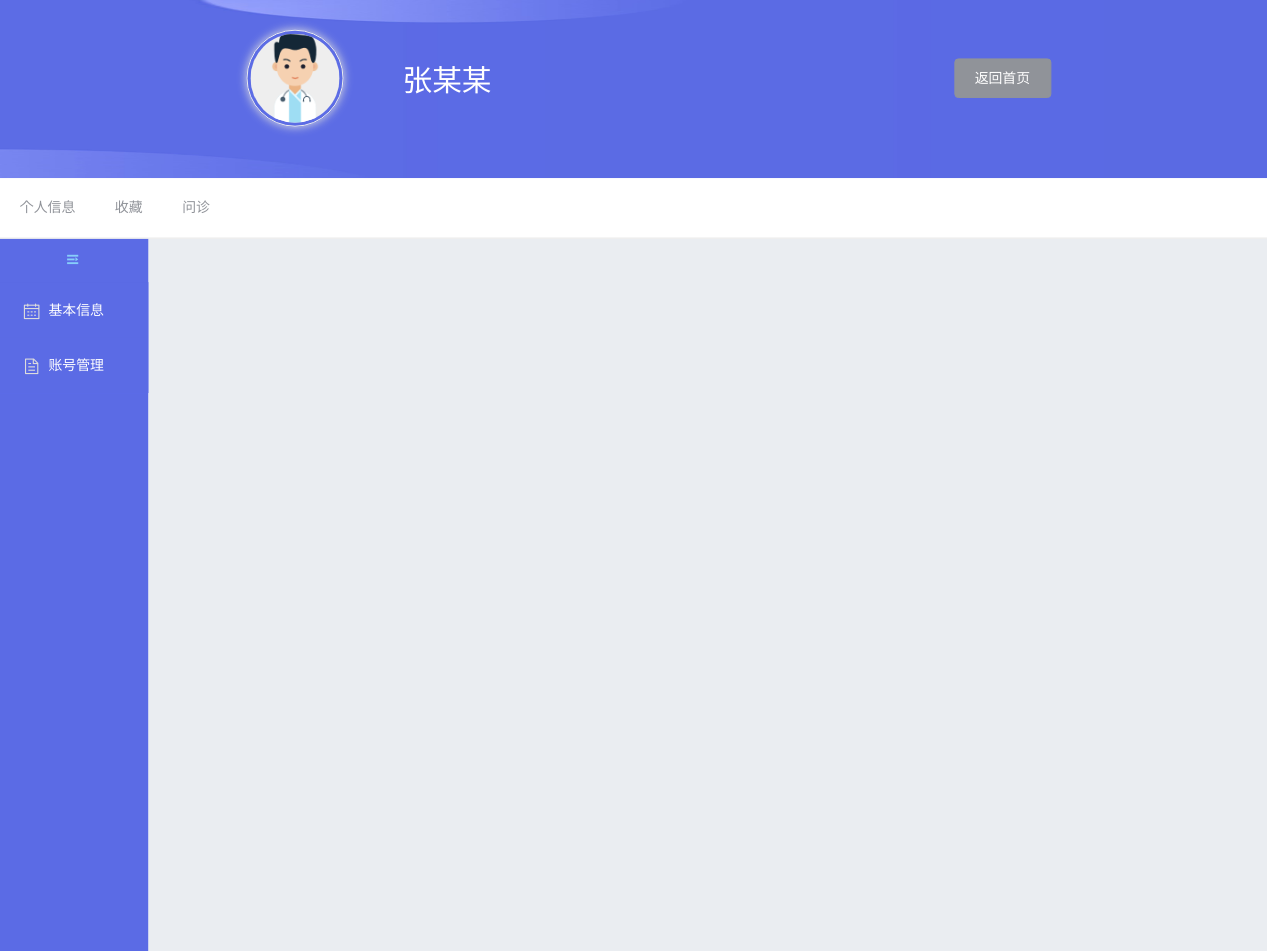
Repository: DiscreteL/SOA_Front
Page: /#/accmanage
An editor plug-in stored every save of this project. The page is shown before and after the next save, followed by the edit.
The browser window is 1280 px wide. The pictures show the whole page, at 99% of full size.
The project was rebuilt for these pictures with package versions that can differ from the ones it lists, and the page was loaded fresh each time. Also part of the build but not shown: vue.config.js, src/components/navigation.vue, src/components/dialog.vue, src/views/news.vue, src/components/announcement.vue, src/components/patientKnow.vue, src/views/Home.vue, src/views/login.vue and 15 more.

Above is the page before, as saved 2021-11-29 09:46:39.

### src/main.js
import Vue from 'vue'
import App from './App.vue'
import router from './router'
import store from './store'
import ElementUI from 'element-ui';
import 'element-ui/lib/theme-chalk/index.css';
import instance_ from "@/utils/api";

Vue.use(ElementUI);

Vue.config.productionTip = false

Vue.prototype.instance = instance_

new Vue({
  router,
  store,
  render: h => h(App)
}).$mount('#app')

router.beforeEach((to, from, next) => {
  /* 路由发生变化修改页面title */
  if (to.meta.title) {
      document.title = to.meta.title
  }
  next()
})

### src/App.vue
<template>
  <div id="app">
    <router-view/>
  </div>
</template>

<style lang="less" scoped>
</style>

<script>
export default {
  name: 'app'
}
</script>

### src/router/index.js
import Vue from 'vue'
import VueRouter from 'vue-router'
import Home from '../views/Home.vue'
import Login from '../views/login.vue'
import Register from '../views/register.vue'
import News from '../views/news.vue'
import Online from '../views/online.vue'
import diseaseInfo from '../views/diseaseInfo.vue'
import adminHome from '../views/admin/adminHome.vue'
import docApp from '../views/docApplication/index.vue'
import problemList from '../views/problem/index.vue'
import problemAdd from '../views/problem/problemAdd.vue'
import message from '../views/message/index.vue'
import report from '../views/report/index.vue'

Vue.use(VueRouter)

const routes = [
  { path: '/', redirect: '/login' },
  {
    path: '/home',
    name: 'Home',
    component: Home,
    meta: { title: '欢迎来到济病通！' }
  },
  {
    path: '/login',
    name: 'Login',
    component: Login,
    meta: { title: '请先登录！' }
  },
  {
    path: '/register',
    name: 'Register',
    component: Register,
    meta: { title: '请先注册！' }
  },
  {
    path: '/news',
    name: 'News',
    component: News,
    meta: { title: '科普资讯' }
  },
  {
    path: '/online',
    name: 'Online',
    component: Online,
    meta: { title: '线上问诊预约' }
  },
  {
    path: '/diseaseInfo',
    name: 'diseaseInfo',
    component: diseaseInfo,
    meta: { title: '疾病信息库' }
  },
  {
    path: '/adminHome',
    name: 'adminHome',
    component: adminHome,
    meta: { title: '管理员主页' },
    children: [
      {
        path: '/docApp',
        component: docApp,
        meta: { title: '医生资格认证申请' }
      },
      {
        path: '/problemList',
        component: problemList,
        meta: { title: '问题列表' }
      },
      {
        path: '/problemAdd',
        component: problemAdd,
        meta: { title: '添加常见问题' }
      },
      {
        path: '/report',
        component: report,
        meta: { title: '反馈列表' }
      },
      {
        path: '/message',
        component: message,
        meta: { title: '资讯列表' }
      },
    ]
  },
  {
    path: '/userhome2',
    name: 'UserHome2',
    component: () => import('../views/doctor/userHome2.vue'),
    redirect: '/docInfo',
    children: [{
      path: '/docInfo',
      component: () => import('../views/doctor/info/docInfo.vue'),
      meta: { title: '基本信息' },
    },
    {
      path: '/accmanage',
      component: () => import('../views/doctor/info/AccManage.vue'),
      meta: { title: '账号管理' },
    },
    ]
  },
  {
    path: '/userhome1',
    name: 'UserHome1',
    component: () => import('../views/patient/UserHome1.vue'),
    redirect: '/esseninfo',
    children: [{
      path: '/esseninfo',
      component: () => import('../views/patient/info/EssenInfo.vue'),
      meta: { title: '基本信息' },
    },
    {
      path: '/accmanage',
      component: () => import('../views/patient/info/AccManage.vue'),
      meta: { title: '账号管理' },
    },
    ]
  },

  {
    path: '/collection',
    name: 'Collection',
    component: () => import('../views/patient/Collection.vue'),
    redirect: 'collection/person',

    children: [{
      path: 'person',
      component: () => import('../views/patient/collection/Person.vue'),
      meta: { title: '关注人' },

    },
    {
      path: 'video',
      component: () => import('../views/patient/collection/Video.vue'),
      meta: { title: '收藏视频' },

    },
    {
      path: 'article',
      component: () => import('../views/patient/collection/Article.vue'),
      meta: { title: '收藏推文' },
    },
    ]
  },
  {
    path: '/consult',
    name: 'Consult',
    component: () => import('../views/patient/Consult.vue'),
    redirect: '/consult/record',
    children: [
      {
        path: 'total',
        component: () => import('../views/patient/consult/apply/TotalApply.vue'),
        meta: { title: '预约' }

      },
      {
        path: 'success',
        component: () => import('../views/patient/consult/apply/SucApply.vue'),
        meta: { title: '预约' },
      },
      {
        path: 'fail',
        component: () => import('../views/patient/consult/apply/FailApply.vue'),
        meta: { title: '预约' },
      },
      {
        path: 'wait',
        component: () => import('../views/patient/consult/apply/WaitApply.vue'),
        meta: { title: '预约' },
      },
      {
        path: 'record',
        name: 'Record',
        component: () => import('../views/patient/consult/Record.vue'),
        meta: { title: '问诊记录' }

      }
    ]
  },
  {
    path: '/help',
    name: 'Help',
    component: () => import('../views/patient/Help.vue'),
    meta: { title: '帮助中心' }
  },

  // {
  //   path: '/about',
  //   name: 'About',
  //   // route level code-splitting
  //   // this generates a separate chunk (about.[hash].js) for this route
  //   // which is lazy-loaded when the route is visited.
  //   component: () => import(/* webpackChunkName: "about" */ '../views/About.vue')
  // }
]

const router = new VueRouter({
  routes
})

export default router

### src/utils/api.js
//输出通用axios实例
import axios from 'axios';
axios.defaults.withCredentials = false

const instance = axios.create({
  timeout: 10000,
   headers: {
    'Content-Type': "multipart/form-data;charset=utf-8",
  }
});

export default {
  //GqvbYer04485869e6b5acbed4ed10dfd79468f6d84577b1

   diseaseList (data) {
     return instance.get("https://api.apishop.net/common/disease/queryDiseaseList?apiKey=GqvbYer04485869e6b5acbed4ed10dfd79468f6d84577b1&page=1&pageSize=50", data);
   },
   diseaseInfo(data){
    return instance.get("https://api.apishop.net/common/disease/queryDiseaseInfo?apiKey=GqvbYer04485869e6b5acbed4ed10dfd79468f6d84577b1&diseaseID="+data);
   }


//   allUser () {
//     return instance.post('/api/user');
//   },
//   allProduct () {
//    return instance.post('/api/product')
//   },
//   upload (data) {
//     return instance.post('/api/upload',data)
//   },
//   regist (data){
//   	return instance.post('/api/createOrUpdateUser',data)
//   }
};

### src/views/doctor/userHome2.vue
<template>
  <div class="home_container">
    <UserHomeNav2></UserHomeNav2>
    <el-container>
      <!--侧边栏-->
      <el-aside :width="isCollapse ? '64px' : '150px'">
        <div class="toggle-button" @click="toggleCollapse">
          <div v-if="this.isCollapse == true">
            <i class="el-icon-s-fold"></i>
          </div>
          <div v-else>
            <i class="el-icon-s-unfold"></i>
          </div>
        </div>
        <el-menu
          background-color="#5b6be5"
          text-color="#fff"
          active-text-color="#409EFF"
          :collapse="isCollapse"
          :collapse-transition="false"
          :router="true"
          :default-active="activePath"
        >
          <!-- :unique-opened="true"->只允许展开一个菜单 -->
          <!-- :collapse-transition="false" -> 关闭动画 -->
          <!-- router -> 导航开启路由模式 -->
          <el-menu-item index="/esseninfo" @click="saveNavState('/esseninfo')">
            <i class="el-icon-date" style="color: #dcdcdc"></i>
            <span slot="title">基本信息</span>
          </el-menu-item>
          <el-menu-item index="/accmanage" @click="saveNavState('/accmanage')">
            <i class="el-icon-document" style="color: #dcdcdc"></i>
            <span slot="title">账号管理</span>
          </el-menu-item>
        </el-menu>
      </el-aside>
      <!--右侧主体区-->
      <el-main>
        <router-view></router-view>
      </el-main>
    </el-container>
    <!-- 个人信息部分 -->
    <!-- <div class="Info" style="color:#909399">
            <strong> 姓名：</strong>{{ userInfo.name }} <br />
            <strong>身份证号：</strong>{{ userInfo.number }} <br />
            <strong>出生日期：</strong>{{ userInfo.borndate }} <br />
            <strong>性别：</strong>{{ userInfo.gender }} <br />
            <strong>邮箱：</strong>{{ userInfo.mail }} <br />
            <strong>身高：</strong>{{ userInfo.height }} <br />
            <strong>体重：</strong>{{ userInfo.weight }} <br />
            <strong>血压：</strong>{{ userInfo.bloodpressure }} <br />
            <strong>心率：</strong>{{ userInfo.heartrate }}
          </div> -->
  </div>
</template>

<script>
import UserHomeNav2 from "@/components/userhomenav2.vue";

export default {
  name: "userHome2",
  components: {
    UserHomeNav2,
  },
  // data() {
  //   return {
  //     // 返回个人信息
  //     // userID: window.sessionStorage.getItem("id"),
  //     userInfo: {}, //用户个人信息
  //     item: {
  //       id: "",
  //     },
  //   };
  // },
  data() {
    return {
      // 默认不折叠
      isCollapse: false,
      // 被激活导航地址
      activePath: "",
    };
  },
  created() {
    this.getMenuList();
    this.activePath = window.sessionStorage.getItem("activePath");
  },
  methods: {
    toggleCollapse() {
      this.isCollapse = !this.isCollapse;
    },
    saveNavState(activePath) {
      window.sessionStorage.setItem("activePath", activePath);
      this.activePath = activePath;
    },
  },
};
</script>

<style lang="less" scoped>
// .Info {
//   text-align: left;
//   font: 15px "Microsoft YaHei";
//   align-content: center;
//   width: 80%;
//   position: relative;
// }
html,
body {
  width: 100%;
  height: 100%;
  margin: 0px;
  padding: 0px;
}
.home_container {
  height: 100vh;
}
.el-container {
  height: 100%;
}
.el-aside {
  background-color: #5b6be5;
  .el-menu {
    border-right: none;
  }
}
.el-main {
  background-color: #eaedf1;
}
.toggle-button {
  background-color: #5b6be5;
  font-size: 15px;
  line-height: 24px;
  color: #87cefa;
  text-align: center;
  letter-spacing: 0.2em;
  cursor: pointer;
  padding: 10px;
}
.logo_box {
  height: 60px;
  width: 60px;
  border: 5px #53868b;
  border-radius: 50%; /* 圆角 */
  position: relative;
  margin: 30px;
}
.port_box img {
  width: 100%;
  height: 100%;
  border-radius: 50%; /* 圆角 */
  background-color: #53868b;
}
</style>

### src/components/userhomenav2.vue
<template>
  <div class="container">
    <div class="head">
      <div class="background">
        <img src="@/assets/back.jpg" alt="" width="100%" height="100%" />
      </div>
      <div class="headmain">
        <div class="left">
          <!-- 头像部分 -->
          <div class="port_box">
            <img src="../assets/docPort.png" />
          </div>

          <!-- 个人信息部分 -->
          <div
            class="Info"
            style="color: white; font-size: 30px; font-family: 宋体"
          >
            {{ userName }}<br />
          </div>
        </div>
        <div>
          <el-button type="info" @click="returnhome">返回首页</el-button>
        </div>
      </div>
    </div>
    <div class="navBar">
      <el-menu
        :default-active="this.$route.path"
        class="el-menu-demo"
        router
        mode="horizontal"
        active-text-color="#409EFF"
      >
        <el-menu-item v-for="(item, i) in navList" :key="i" :index="item.name">
          {{ item.navItem }}
        </el-menu-item>
      </el-menu>
    </div>
    <div></div>
  </div>
</template>

<script>
export default {
  name: "UserHomeNav2",
  data() {
    return {
      //   userID: window.sessionStorage.getItem("id"),
      userName: "张某某",
      navList: [
        { name: "/userHome2", navItem: "个人信息" },
        { name: "/collection", navItem: "收藏" },
        { name: "/consult", navItem: "问诊" },
        // { name: "/help", navItem: "帮助中心" },
      ],
    };
  },
  methods: {
    returnhome(){
      this.$router.push("/home");
    }
  },
};
</script>

<style scoped>
.head {
  height: 180px;
  width: 100%;
}
.background {
  width: 100%;
  height: 180px;
  z-index: -1;
  position: absolute;
}
.headmain {
  display: flex;
  justify-content: space-around;
  align-items: center;

}
.left {
  display: flex;
  align-items: center;
}
.port_box {
  height: 90px;
  width: 90px;
  border: 1px solid #eee;
  border-radius: 50%; /* 圆角 */
  padding: 3px; /*图片和边框之间的间距 */
  box-shadow: 0 0 10px #ddd; /*阴影 */
  position: relative;
  margin: 30px;
}
.port_box img {
  width: 100%;
  height: 100%;
  border-radius: 50%; /* 圆角 */
  background-color: #eee;
}

.Info {
  text-align: left;
  font: 15px "Microsoft YaHei";
  margin: 30px;
  position: relative;
}
</style>

### src/axios/url.js
import patient from './modules/patient';
import alluser from './modules/alluser';
import doctor from './modules/doctor';
import admin from './modules/admin';
export default {
    patient,
    alluser,
    doctor,
    admin,
};

### src/axios/request.js
import axios from './axios';
export default {
  // get请求
  get(url, param) {
    return new Promise((resolve, reject) => {
      axios({
        method: 'get',
        url,
        params: param
      })
        .then((res = {}) => {
          if (res.code !== '200') reject(res);
          resolve(res);
        })
        .catch(_ => {
          reject(_)});
    });
  },
  // post请求
  post(url, param) {
    return new Promise((resolve, reject) => {
      axios({
        method: 'post',
        url,
        data: param,
      })
        .then((res = {}) => {
          if (res.code !== '200') reject(res);
          resolve(res);
        })
        .catch(_ => reject(_));
    });
  },
};

### src/axios/modules/patient.js
export default {
    getDocListData:'/Patient/GetDoctorList',
    getDrugData:'/Patient/GetDrugInforList',
    getHosData:'/Patient/GetHospitalList',
    getNoticeData:'/Patient/GetNoticeList',
    getDiseaseData:'/Patient/GetDiseaseList',
    patientLogin:'/Patient/Login',
    doctorLogin:'/Doctor/Login',
    patientRegister:'/Patient/Register',
    doctorRegister:'/Doctor/Register',
    postReservationData:'/Patient/PostReservation',
    sendAcidForm:'/Patient/PostAppOfNuc',
    sendOffineReservation:'/Patient/PostOfflineApp',
    getCart:'/Patient/GetCart',
    clearCart:'/Patient/EmptyCart',
    addCart:'/Patient/AddDrug',
    getDocInfoData:'/Patient/GetDoctor',
    getDrugsIncludedListData:'/Patient/GetIncludeList',
    postRateData:'/Patient/PostRating',
    getPreData:'/Patient/GetPre',
    getDiseaseListData:'/Patient/GetDiseaseList',//存在重复
    getDepartmentListData:'/Patient/GetDepartmentList',//存在重复
    getPatientInfo:'/Patient/GetPatiInfor',
    postAutoAddData:'/Patient/AutoAddDrug',
    getDrugListData:'/Patient/GetDrugInforList',//存在重复
    getLocalImg:'/Patient/GetImg',
    getNAT:'/Patient/GetAppsOfNuc',
    postNoticeData:'/Admin/PostNotice',
    deleteNotice:'/Admin/DeleteNotice',
    getPaiIno:'/Patient/GetPatient',
    getOfflineApp:'/Patient/GetOfflineAppList',
    getReservations:'/Patient/GetReservations',
    getPatiBMI:'/Patient/GetPatiInfor',
    getHospital:'/Patient/GetHospital',
    getPreData:'/Patient/GetPre',
    postPaiIno:'/Patient/ModInfor',
    postUpdateReservation:'Patient/UpdateReservation',
    postRectifyOfflineApp:'/Patient/RectifyOfflineApp',
    postRectifyNucleicApp:'/Patient/RectifyNucleicApp',
    updateReservationData:'/Patient/UpdateReservation',
    getDoctorData:'/Doctor/GetDoctor',
    getRecordsData:'/Doctor/GetReservationLists',
    getCompletedRecordsData:'/Doctor/GetRecords'
  };

### src/axios/modules/alluser.js
export default{
    sendChatMes:'/Base/PostChat',
    getChatMes:'/Base/GetChat'
};

### src/axios/modules/doctor.js
export default {
    getPatientInfoData:'/Doctor/GetPatient',
    postPreData:'/Doctor/PostPre',
    postMedicineIncludedData:'/Doctor/PostInclude',
    postReportData:'/Doctor/PostReport',
    getDocIno:'/Doctor/GetDoctor',
};

### src/axios/modules/admin.js
export default {
    getReportListData:'/Admin/GetReportForms',
    getNoticeListData:'/Admin/GetNoticeList',
    postNoticeData:'/Admin/PostNotice'
}

### src/axios/axios.js
import axios from 'axios';
import router from '../router';
import Vue from 'vue';
import qs from 'qs';
//import store from '../store/index';

//import Storage from '../utils/storages';


// 错误状态码处理提示
class MessageTip extends Vue {
  static messageTipInstance = null;
  messageTip = null;

  static instance() {
    if (!this.messageTipInstance) {
      this.messageTipInstance = new MessageTip();
    }
    this.messageTipInstance;
  }

  // 提示信息
  msgInfo(msg) {
    this.messageTip && this.messageTip.close();
    this.messageTip = this.$message({
      showClose: true,
      message: msg,
      type: 'error',
      center: true
    });
  }

  // 错误信息
  errorInfo(errorCode) {
    this.messageTip && this.messageTip.close();
    let msg = '';
    switch (errorCode) {
      case '400':
        msg = '请求错误';
        break;
      case '401':
        msg = '登录会话过期，请重新登录';
        break;
      case '403':
        msg = '拒绝访问';
        break;
      case '404':
        msg = '请求地址出错';
        break;
      case '408':
        msg = '请求超时';
        break;
      case '500':
        msg = '服务器内部错误';
        break;
      case '501':
        msg = '服务器未实现';
        break;
      case '502':
        msg = '网络错误';
        break;
      case '503':
        msg = '服务不可用';
        break;
      case '504':
        msg = '网关超时';
        break;
      case '505':
        msg = 'HTTP版本不受支持';
        break;
    }
    this.messageTip = this.$message({
      showClose: true,
      message: msg,
      type: 'error',
      center: true
    });
  }
}

const messageTip = new MessageTip();

axios.defaults.headers.post['Content-Type'] = 'application/json';

axios.defaults.withCredentials = true;
axios.defaults.baseURL = '/api';
axios.defaults.timeout = 5000;
// 请求拦截器
axios.interceptors.request.use(
  config => {
    if(config.method === 'post') {
      config.data = qs.stringify(config.data)
      config.url += '?' + config.data
    }
    else {
      config.params = qs.stringify(config.params)
      config.url += '?' + config.params
    }
    //config.headers.token = localStorage.getItem('$token_info');
    return config;
  },
  error => {
    return Promise.reject(error);
  }
);

// 响应拦截器
axios.interceptors.response.use(
  response => {
    response.data = {
      result:response.data,
      code:`${response.status}`
    }
    if (response && response.data && response.data.code !== '200') {
      response.data.msg && messageTip.msgInfo(response.data.msg);
      console.log(response)
      return Promise.reject(response.data);
    }
    return response.data;
  },
  error => {
    console.log(error)
    console.log(error.response)
    if (
      error &&
      error.response &&
      error.response.status &&
      messageTip.errorInfo(error.response.status)
    ) {
      return Promise.reject(error);
    }
  }
);
export default axios;

### src/views/doctor/info/accManage.vue
<template>
  <el-card>
    <el-descriptions
      class="margin-top"
      title="修改密码"
      :column="3"
      :size="size"
    >
      <template slot="extra">
        <el-button type="primary" size="small">修改</el-button>
      </template>
      <el-descriptions-item label="温馨提示"
        >设置复杂密码更能保护您的账号安全</el-descriptions-item
      >
      >
    </el-descriptions>
    <hr />
    <el-descriptions
      class="margin-top"
      title="账号注销"
      :column="3"
      :size="size"
    >
      <template slot="extra">
        <el-button type="primary" size="small">注销</el-button>
      </template>
      <el-descriptions-item label="温馨提示"
        >为保证您的账号安全，需要满足相应的条件，才能提交注销申请</el-descriptions-item
      >
      >
    </el-descriptions>
    <hr />
    <el-button type="primary" size="small" @click="logout"
      >退出当前帐号</el-button
    >
  </el-card>
</template>

<style scoped>
.container {
  display: flex;
  justify-content: space-between;
  align-items: center;
}
.el-card div {
  margin-bottom: 5%;
}
</style>

<script>
export default {
  methods: {
    logout() {
      // 清空token
      window.sessionStorage.clear();
      this.$router.push("/login");
    },
  },
};
</script>

Loaded but not shown: public/index.html (common file); src/store/index.js (common file); src/service/userService.js (198 lines, source omitted); src/views/doctor/info/AccManage.vue (no stored copy; drawn as an empty file)

After the next save:
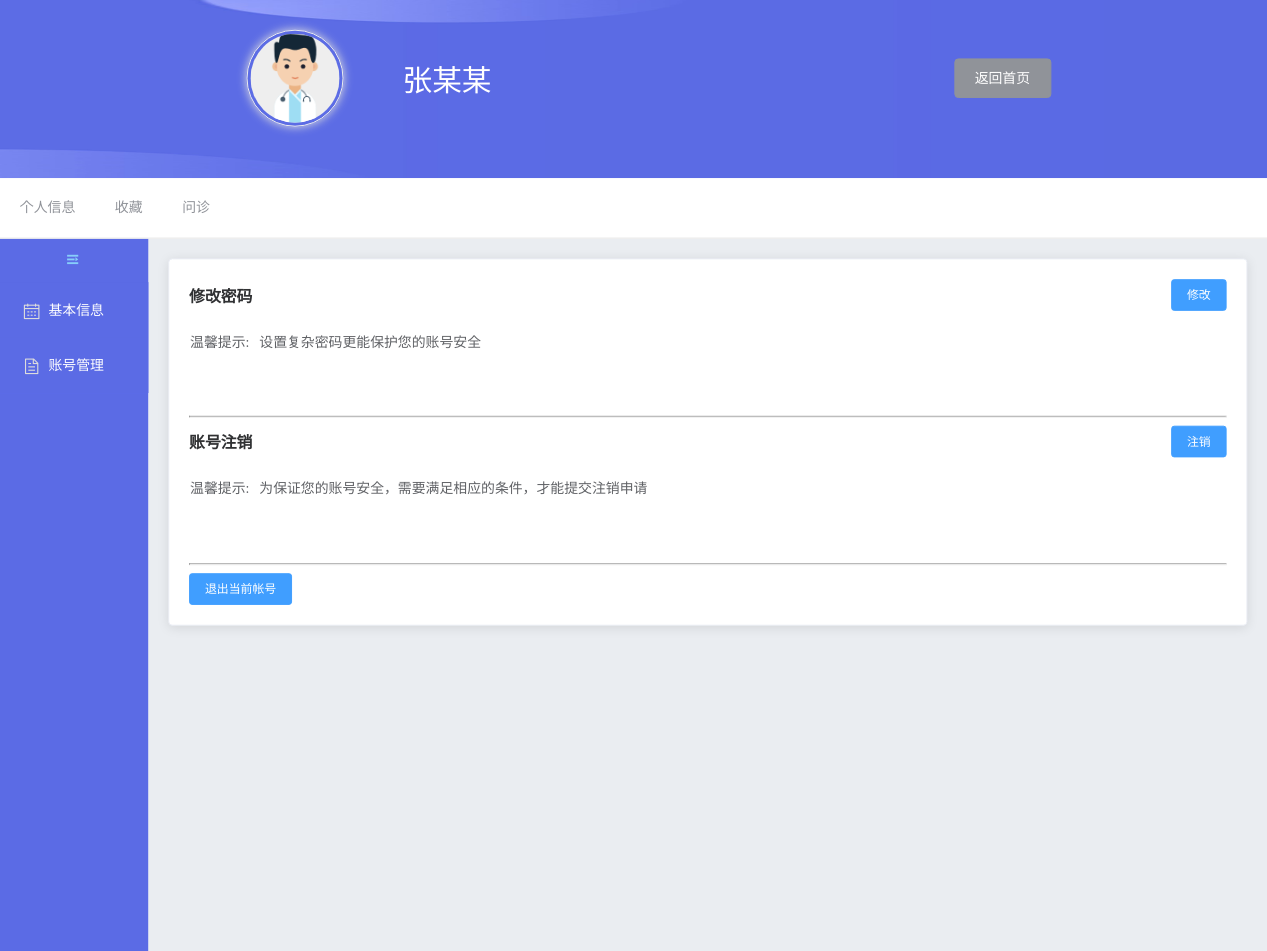
Saved 116 s later.
--- a/src/router/index.js
+++ b/src/router/index.js
@@ -98,7 +98,7 @@ const routes = [
     },
     {
       path: '/accmanage',
-      component: () => import('../views/doctor/info/AccManage.vue'),
+      component: () => import('../views/doctor/info/accManage.vue'),
       meta: { title: '账号管理' },
     },
     ]
